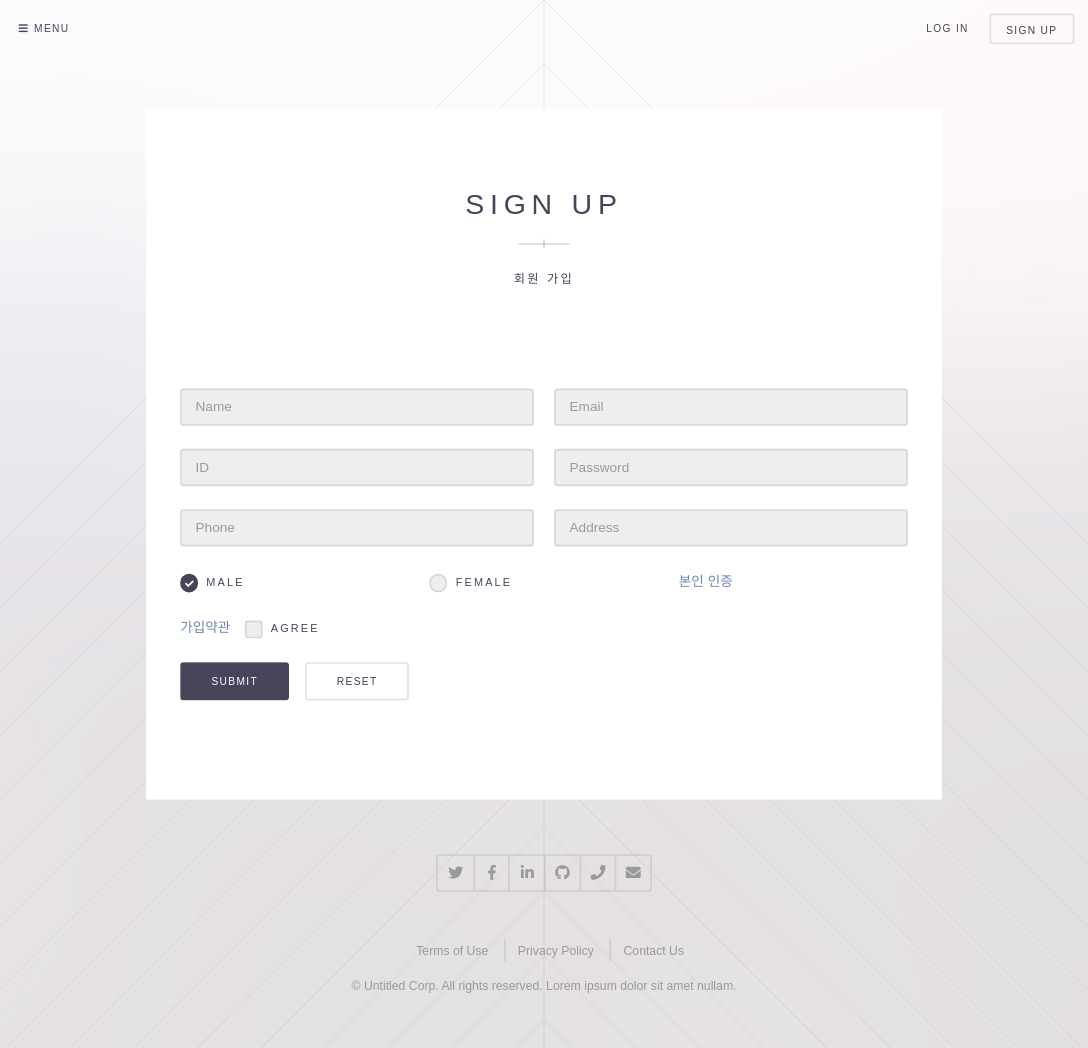
Repository: WKMoon/JavaScript-Project
Page: myFront/WebContent/signup.html
An editor plug-in stored every save of this project. The page is shown before and after the next save, followed by the edit.
The browser window is 1280 px wide. The pictures show the whole page, at 85% of full size.
Some web fonts or font styles are not loaded; a fallback is used.

Above is the page before, as saved 2021-03-01 22:42:27.

### myFront/WebContent/signup.html
<!DOCTYPE html>
<html>
<head>
<meta charset="UTF-8">
<meta name="viewport" content="width=device-width, initial-scale=1, user-scalable=no" />
<link rel="stylesheet" href="assets/css/main.css" />
<title>Sign Up</title>
</head>
	<body class="is-preload">

		<!-- Header -->
			<header id="header">
				<a href="#menu">Menu</a>
				<a href="login.html">Log In</a>
				<a href="signup.html" class="button">Sign Up</a>
			</header>

		<!-- Nav -->
			<nav id="menu">
				<ul class="links">
					<li><a href="index.html">Home</a></li>
<!-- 					<li><a href="generic.html">Generic</a></li>
					<li><a href="elements.html">Elements</a></li> -->
				</ul>
				<ul class="actions stacked">
					<li><a href="login.html" class="button primary fit">Log In</a></li>
					<li><a href="signup.html" class="button fit">Sign Up</a></li>
				</ul>
			</nav>


		<!-- Main -->
			<section id="main" class="wrapper style1">
				<div class="inner">

					<!-- Title -->
						<header class="major special">
							<h1>Sign Up</h1>
							<p>회원 가입</p>
						</header>

					<!-- Content -->
						<div class="content">
							<form method="post" action="#">
											<div class="row">
												<div class="col-6 col-12-xsmall">
													<input type="text" name="name" id="name" value="" placeholder="Name" />
												</div>
												<div class="col-6 col-12-xsmall">
													<input type="email" name="email" id="email" value="" placeholder="Email" />
												</div>

												<div class="col-6 col-12-xsmall">
													<input type="text" name="id" id="id" value="" placeholder="ID" />
												</div>

												<div class="col-6 col-12-xsmall">
													<input type="password" name="pw" id="pw" value="" placeholder="Password" />
												</div>

												<div class="col-6 col-12-xsmall">
													<input type="text" name="pn" id="pn" value="" placeholder="Phone" />
												</div>

												<div class="col-6 col-12-xsmall">
													<input type="text" name="addr" id="addr" value="" placeholder="Address" />
												</div>

												<!-- Break -->
												<div class="col-4 col-12-small">
													<input type="radio" id="priority-low" name="priority" checked>
													<label for="priority-low">Male</label>
												</div>
												<div class="col-4 col-12-small">
													<input type="radio" id="priority-normal" name="priority">
													<label for="priority-normal">Female</label>
												</div>
												<!-- Break -->

												<div>
													<a href="identification.html"style="text-decoration: none;">본인 인증</a>
												</div>

												<div class="col-6 col-12-small">
													<a href="agreement.html"style="text-decoration: none;">가입약관</a>
													<input type="checkbox" id="agree" name="agree">
													<label for="agree" style="margin-left:3%">Agree</label>
												</div>
												<!-- Break -->

												<!-- Break -->
												<div class="col-12">
													<ul class="actions">
														<li><input type="submit" value="Submit" class="primary" /></li>
														<li><input type="reset" value="Reset" /></li>
													</ul>
												</div>
											</div>
										</form>
						</div>

				</div>
			</section>

		<!-- Footer -->
			<footer id="footer">
				<ul class="alt-icons">
					<li><a href="#" class="icon brands fa-twitter"><span class="label">Twitter</span></a></li>
					<li><a href="#" class="icon brands fa-facebook-f"><span class="label">Facebook</span></a></li>
					<li><a href="#" class="icon brands fa-linkedin-in"><span class="label">LinkedIn</span></a></li>
					<li><a href="#" class="icon brands fa-github"><span class="label">GitHub</span></a></li>
					<li><a href="#" class="icon solid fa-phone"><span class="label">Phone</span></a></li>
					<li><a href="#" class="icon solid fa-envelope"><span class="label">Email</span></a></li>
				</ul>
				<ul class="menu">
					<li><a href="#">Terms of Use</a></li>
					<li><a href="#">Privacy Policy</a></li>
					<li><a href="#">Contact Us</a></li>
				</ul>
				<p class="copyright">
					&copy; Untitled Corp. All rights reserved. Lorem ipsum dolor sit amet nullam.
				</p>
			</footer>

		<!-- Scripts -->
			<script src="assets/js/jquery.min.js"></script>
			<script src="assets/js/jquery.scrolly.min.js"></script>
			<script src="assets/js/jquery.scrollex.min.js"></script>
			<script src="assets/js/browser.min.js"></script>
			<script src="assets/js/breakpoints.min.js"></script>
			<script src="assets/js/util.js"></script>
			<script src="assets/js/main.js"></script>

	</body>
</html>

Loaded but not shown: myFront/WebContent/assets/js/jquery.min.js (library); myFront/WebContent/assets/js/jquery.scrolly.min.js (common file); myFront/WebContent/assets/js/jquery.scrollex.min.js (common file); myFront/WebContent/assets/js/browser.min.js (common file); myFront/WebContent/assets/js/breakpoints.min.js (common file); myFront/WebContent/assets/css/fontawesome-all.min.css (library); myFront/WebContent/assets/js/util.js (587 lines, source omitted); myFront/WebContent/assets/js/main.js (57 lines, source omitted); myFront/WebContent/assets/css/main.css (4487 lines, source omitted)

After the next save:
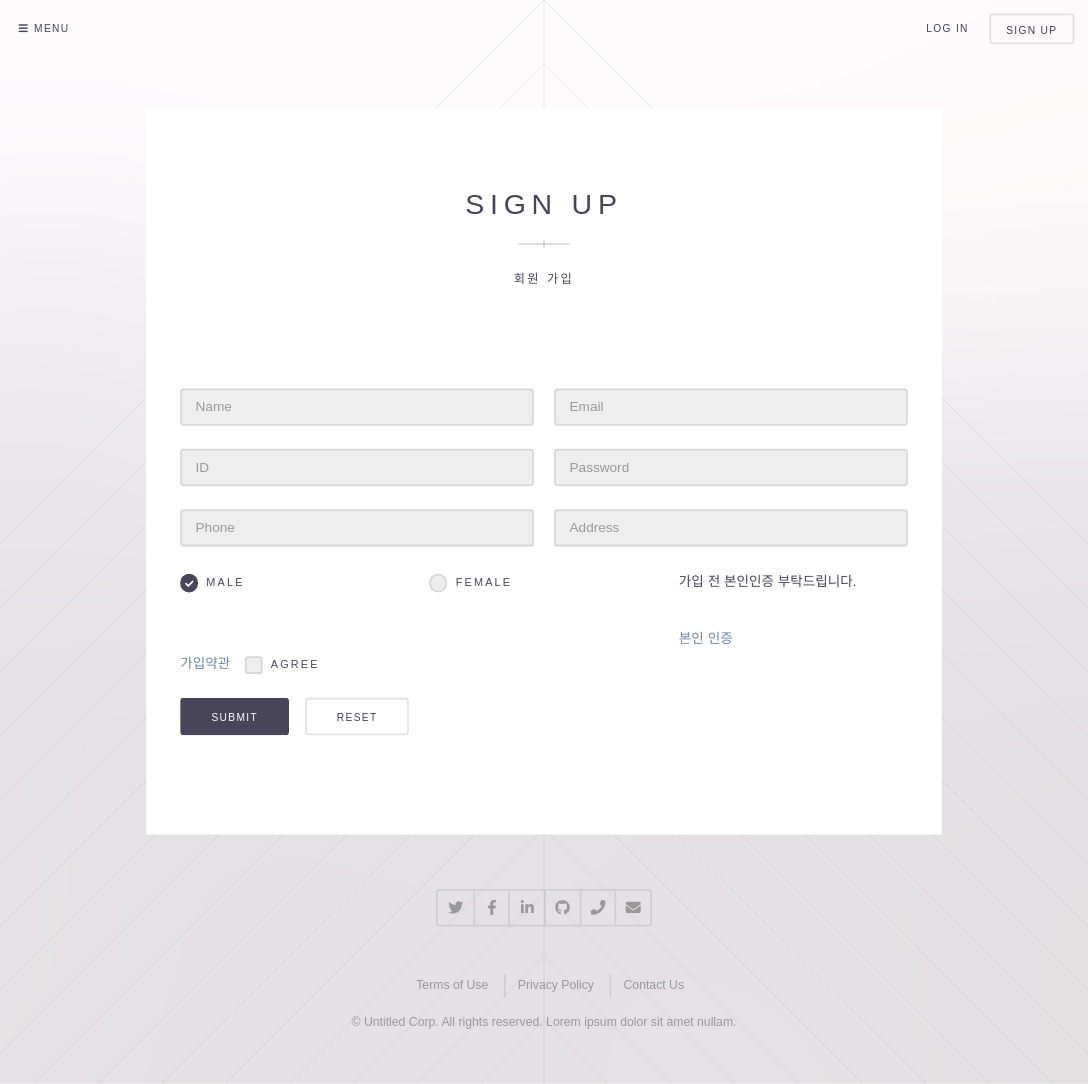
Saved 58 s later.
--- a/myFront/WebContent/signup.html
+++ b/myFront/WebContent/signup.html
@@ -78,6 +78,7 @@
 												<!-- Break -->
 
 												<div>
+													<p>가입 전 본인인증 부탁드립니다.</p>
 													<a href="identification.html"style="text-decoration: none;">본인 인증</a>
 												</div>
 
